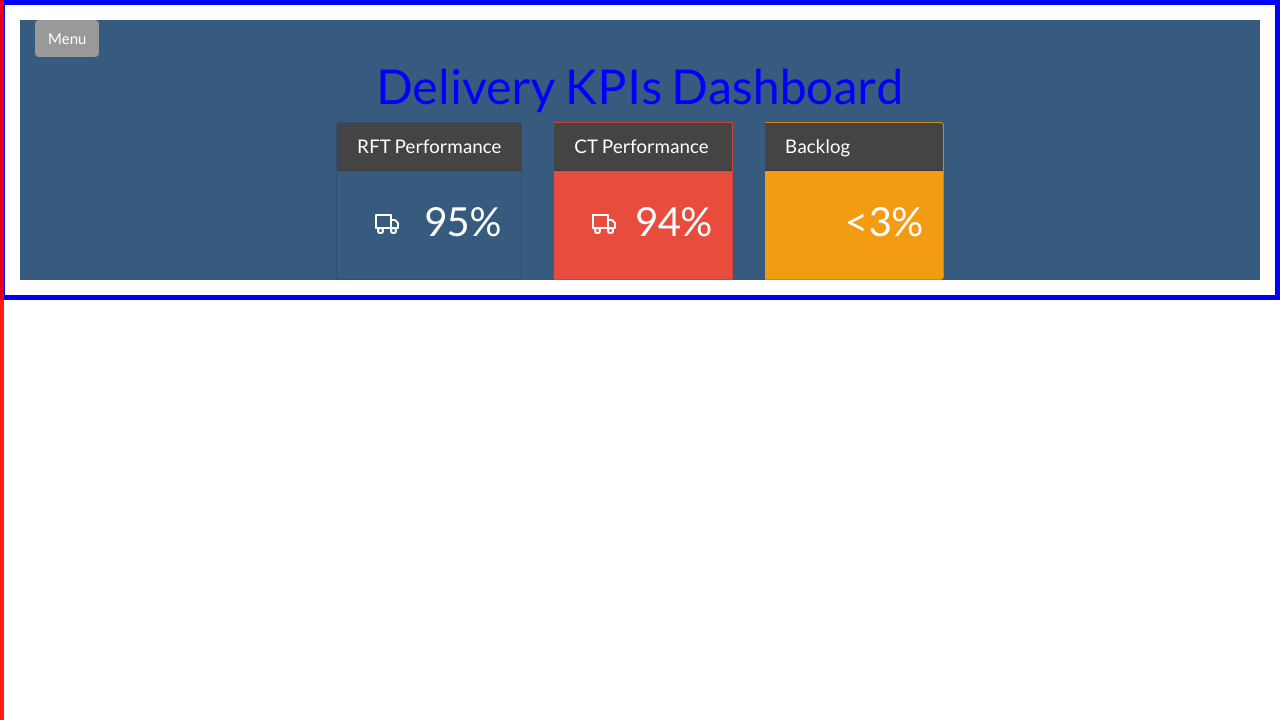
Repository: valenovi76/Delivery-Dashboard
Page: Index.html
The author's editor kept a record of every edit. The page is drawn from the files as they stood at one moment, then again after the next edit.
The browser window is 1280 px wide. The pictures show the whole page.
Some icons come from a web library that is not loaded, so they are not drawn. Some web libraries are served in a nearby version.

Above is the page before.
Console error: TypeError: Cannot read properties of null (reading 'textContent')

After the next edit:
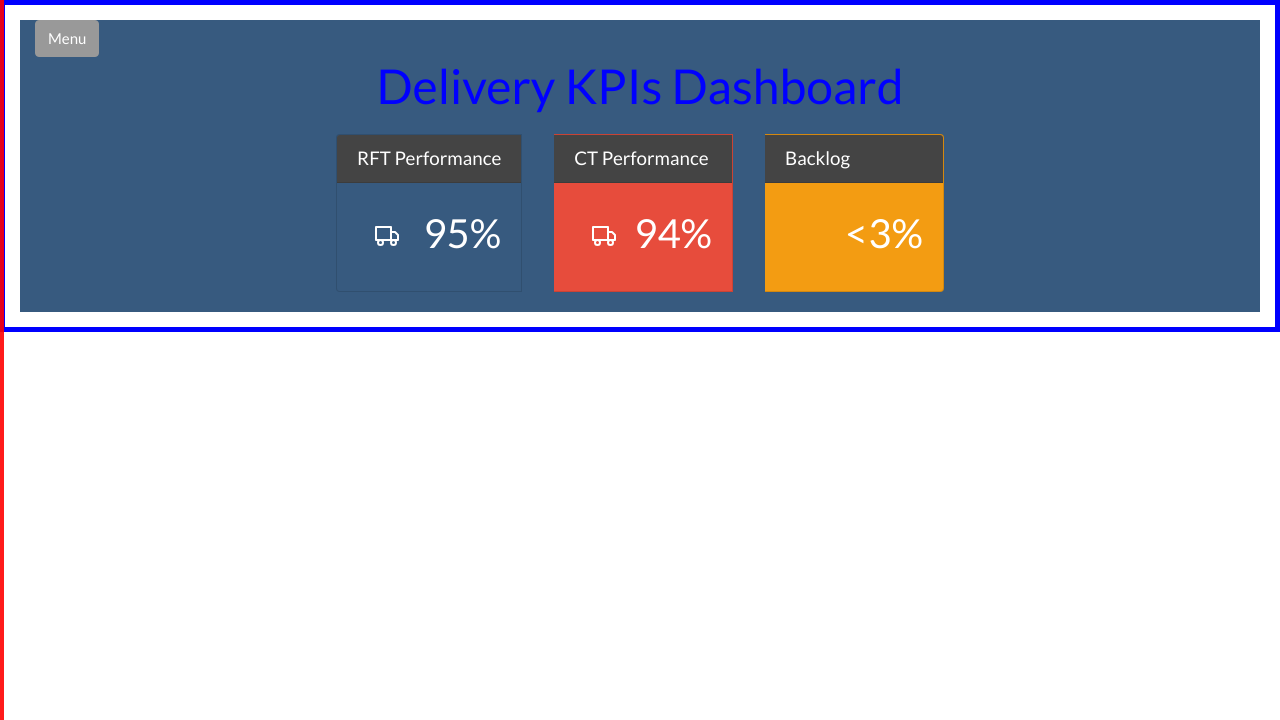
The edit:
--- a/Index.html
+++ b/Index.html
@@ -43,7 +43,7 @@
                     <div class="col-lg-12 ">
                         <a href="#" class="btn btn-light" id="menu-toggle">Menu</a>
                         <h1>Delivery KPIs Dashboard</h1>
-                        <div class="row">
+                        <div class="row kpis">
                             <div class="card-group mx-auto">
                                 <div class="card flex-fill bg-primary text-white mx-3">
                                     <div class="card-header">
